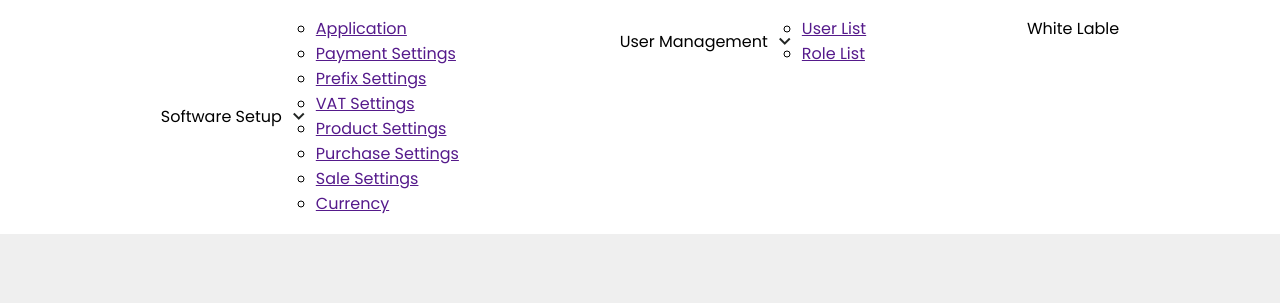
Repository: codebyaddro/pos-settings
Page: settings.html
The author's editor kept a copy of each file at every save. The page is drawn from the files as they stood at one save, then again after a run of saves.
The browser window is 1280 px wide. The pictures show the whole page.

Above is the page before, as saved 2025-02-16 14:31:16.

### settings.html
<!DOCTYPE html>
<html lang="en">
<head>
    <meta charset="UTF-8">
    <meta name="viewport" content="width=device-width, initial-scale=1.0">
    <!-- CSS -->
    <link rel="stylesheet" href="/css/settings.css">
    <!-- ICON -->
    <link href='https://unpkg.com/boxicons@2.1.4/css/boxicons.min.css' rel='stylesheet'>
    <title>Settings - Page</title>
</head>
<body style="background-color: var(--lt-gray);">
    <div class="cba-settings-container">
        <div class="cba-settings-top-menubar">
            <ul>
                <li class="cba-stm-one">
                    Software Setup<i class='cba-top-menu-arrow bx bx-chevron-down'></i>
                    <ul class="cba-stm-one-dd">
                        <li><a href="">Application</a></li>
                        <li><a href="">Payment Settings</a></li>
                        <li><a href="">Prefix Settings</a></li>
                        <li><a href="">VAT Settings</a></li>
                        <li><a href="">Product Settings</a></li>
                        <li><a href="">Purchase Settings</a></li>
                        <li><a href="">Sale Settings</a></li>
                        <li><a href="">Currency</a></li>
                    </ul>
                </li>
                <li class="cba-stm-two">
                    User Management<i class='cba-top-menu-arrow bx bx-chevron-down'></i>
                    <ul>
                        <li><a href="">User List</a></li>
                        <li><a href="">Role List</a></li>
                    </ul>
                </li>
                <li><a href="">
                    White Lable
                </a></li>
            </ul>
        </div>
    </div>
</body>
</html>

### css/settings.css
/* -- font link -- */

@import url('https://fonts.googleapis.com/css2?family=Poppins:ital,wght@0,100;0,200;0,300;0,400;0,500;0,600;0,700;0,800;0,900;1,100;1,200;1,300;1,400;1,500;1,600;1,700;1,800;1,900&display=swap');

/* -- root css -- */

:root {
    --gray-white: #F0F1F2; /* For body*/
    --white: #FFFFFF;
    --black: #000000;
    --gray-black: #DDDDDD;
    --lt-gray: #EFEFEF;
    --lt-black: #212523;
    --lt-black-op: #21252350;
    --main-green: #157343;
    --main-lt: #37A000;
    --lt-orange: #FD7E14;
    --green: #008000;
    --lt-green: #e9f6ec;
    --lp-green: #F8FAF8;
    --red: #FF0000;
    --lt-red: #fbeaec;
}

/* -- universal style -- */

* {
    margin: 0;
    padding: 0;
    box-sizing: border-box;
    font-family: "Poppins", serif;
}

/* -- web app cursor element selection style -- */

::selection {
    color: var(--white);
    background-color: var(--main-lt);
}

/* -- settings top menu bar style -- */

.cba-settings-top-menubar > ul {
    display: flex;
    justify-content: space-evenly;
    align-items: flex-start;
    background-color: var(--white);
    padding: 1rem 0;
    list-style-type: none;
}

.cba-settings-top-menubar > ul > li {
    display: flex;
    gap: 5px;
    align-items: center;
    cursor: pointer;
    font-size: 1rem;
    border-bottom: 2px solid var(--white);
}

.cba-settings-top-menubar > ul > li:hover {
    border-bottom: 2px solid var(--main-lt);
}

.cba-settings-top-menubar > ul > li > a {
    text-decoration: none;
    color: var(--black);
}

.cba-settings-top-menubar > ul > li > .cba-top-menu-arrow {
    font-size: 1.5rem;
    color: var(--lt-black);
}

/* -- settings top menu bar dropdown style -- */

.cba-settings-top-menubar > ul > .cba-stm-one {
    position: relative;
}

.cba-settings-top-menubar > ul > li > .cba-stm0one-dd {
    position: absolute;
    top: 0;
    left: 10px;
}

After the next 4 saves:
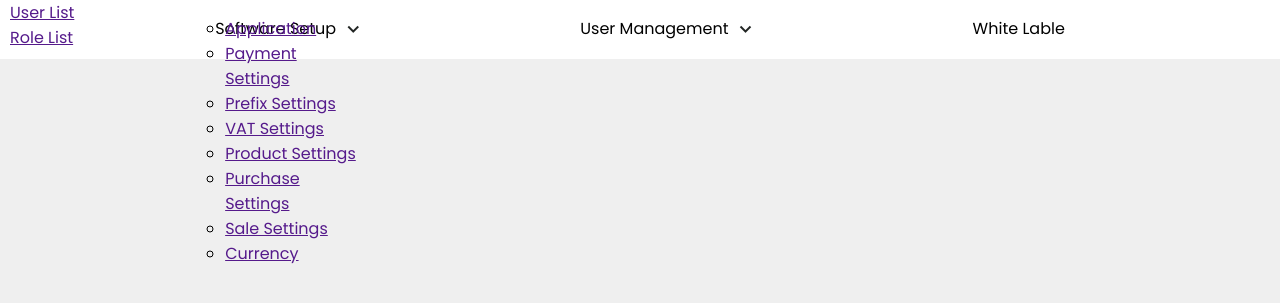
The 4 saves are shown as one change because they came seconds apart.
The last was saved 17 s later.
--- a/css/settings.css
+++ b/css/settings.css
@@ -78,7 +78,7 @@
     position: relative;
 }
 
-.cba-settings-top-menubar > ul > li > .cba-stm0one-dd {
+.cba-settings-top-menubar > ul > li > ul {
     position: absolute;
     top: 0;
     left: 10px;
